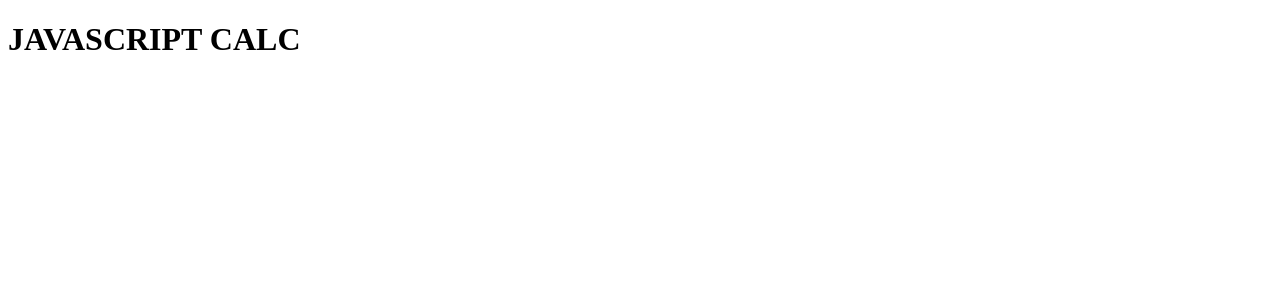
Repository: harryninja/14JsReact
Page: CalcJS/index.html
An editor plug-in stored every save of this project. The page is shown before and after the next save, followed by the edit.
The browser window is 1280 px wide. The pictures show the whole page.

Above is the page before, as saved 2022-03-08 22:30:57.

### CalcJS/index.html
<!DOCTYPE html>
<html lang="en">

<head>
    <meta charset="UTF-8">
    <meta http-equiv="X-UA-Compatible" content="IE=edge">
    <meta name="viewport" content="width=device-width, initial-scale=1.0">
    <title>JSCalculator</title>
</head>

<body>
    <h1>JAVASCRIPT CALC</h1>
</body>

</html>

After the next save:
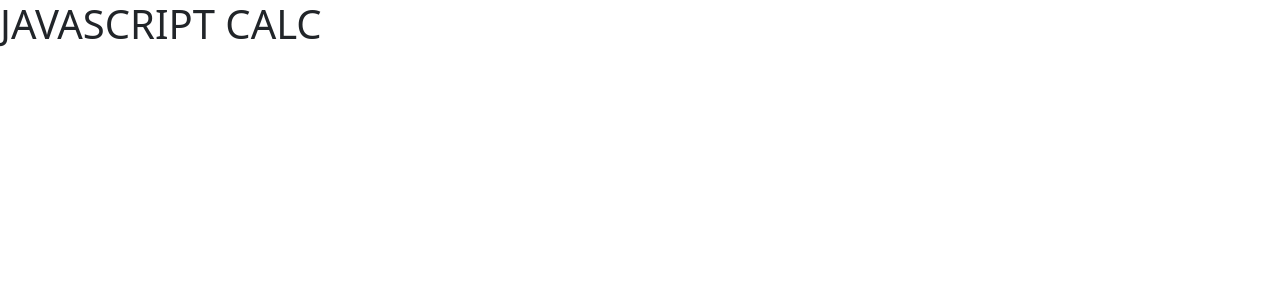
Saved 50 s later.
--- a/CalcJS/index.html
+++ b/CalcJS/index.html
@@ -6,6 +6,13 @@
     <meta http-equiv="X-UA-Compatible" content="IE=edge">
     <meta name="viewport" content="width=device-width, initial-scale=1.0">
     <title>JSCalculator</title>
+    <!-- JavaScript Bundle with Popper -->
+    <script src="https://cdn.jsdelivr.net/npm/bootstrap@5.1.3/dist/js/bootstrap.bundle.min.js"
+        integrity="sha384-ka7Sk0Gln4gmtz2MlQnikT1wXgYsOg+OMhuP+IlRH9sENBO0LRn5q+8nbTov4+1p" crossorigin="anonymous">
+    </script>
+    <!-- CSS only -->
+    <link href="https://cdn.jsdelivr.net/npm/bootstrap@5.1.3/dist/css/bootstrap.min.css" rel="stylesheet"
+        integrity="sha384-1BmE4kWBq78iYhFldvKuhfTAU6auU8tT94WrHftjDbrCEXSU1oBoqyl2QvZ6jIW3" crossorigin="anonymous">
 </head>
 
 <body>
